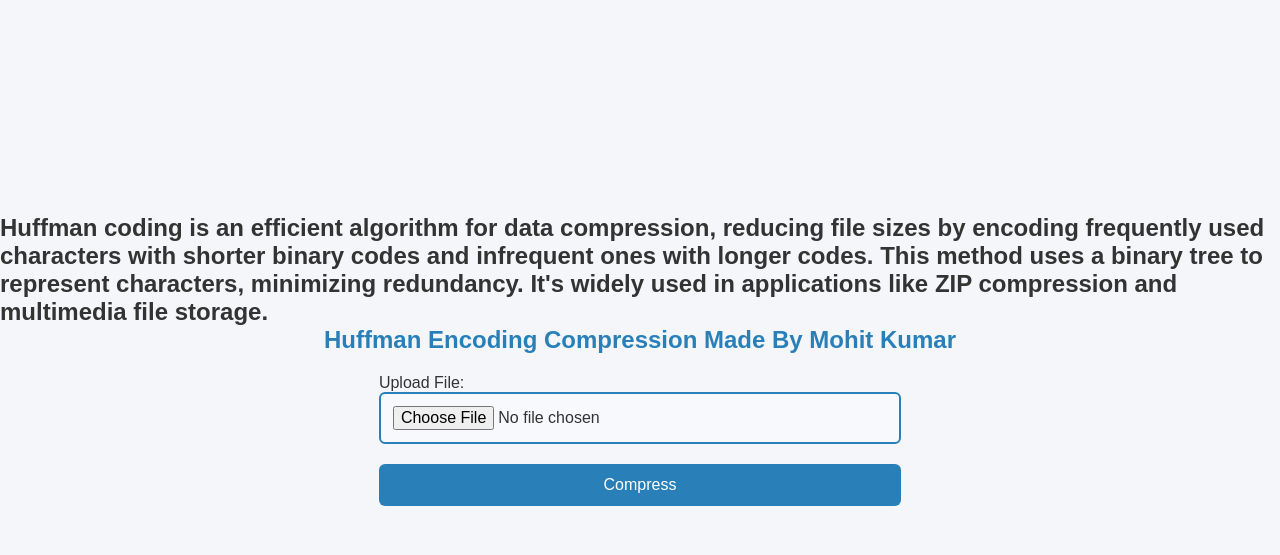
Repository: Mohitkumar1322/huffmane_coding
Page: http://localhost/
An editor plug-in stored every save of this project. The page is shown before and after a run of saves, followed by the edit.
The browser window is 1280 px wide. The pictures show the whole page.
The page is served by the project's application, run on Flask 3 (main.py). Other server files are loaded and not shown.

Above is the page before, as saved 2024-11-07 19:25:59.

### templates/index.html
<!DOCTYPE html>
<html lang="en">
<head>
    <meta charset="UTF-8">
    <meta name="viewport" content="width=device-width, initial-scale=1.0">
    <link rel="stylesheet" href="{{ url_for('static', filename='styles.css') }}">
    <title>Huffman Encoding</title>
</head>
<body>
    <h2>Huffman coding is an efficient algorithm for data compression, reducing file sizes by encoding frequently used
         characters with shorter binary codes and infrequent ones with longer codes. This method uses a binary tree to represent
         characters, minimizing redundancy. It's widely used in applications like ZIP compression and multimedia file storage.</h2>
    <h1>Huffman Encoding Compression Made By Mohit Kumar</h1>
    <form action="/compress" method="POST" enctype="multipart/form-data">
        <label for="file">Upload File:</label>
        <input type="file" name="file" required>
        <button type="submit">Compress</button>
    </form>
</body>
</html>

### main.py
from flask import Flask, render_template, request, send_from_directory

from huffman import HuffmanCode  # Your existing HuffmanCode class

app = Flask(__name__)

@app.route('/')
def home():
    return render_template('index.html')  # Render the home page

@app.route('/compress', methods=['POST'])
def compress_file():
    if request.method == 'POST':
        file = request.files['file']
        if file:
            path = 'uploaded_file.txt'  #  is helps to save the file at location
            file.save(path)

            # here we call the huffman coding class from huffman.py
            huffman = HuffmanCode(path)
            output_file = huffman.compression()  # Process the file and return the compressed file path

            return f'File compressed successfully. Download it <a href="/download/{output_file}">here</a>'

@app.route('/download/<filename>')
def download_file(filename):
    return send_from_directory(directory='.', path=filename)

if __name__ == '__main__':
    app.run(debug=True)

### static/styles.css
/* Basic Reset */
* {
    margin: 0;
    padding: 0;
    box-sizing: border-box;
}

body {
    font-family: 'Arial', sans-serif;
    background-color: #f4f6f9;
    color: #333;
    display: flex;
    justify-content: center;
    align-items: center;
    height: 100vh;
    flex-direction: column;
}

/* Container for the content */
.container {
    background-color: #ffffff;
    box-shadow: 0 4px 8px rgba(0, 0, 0, 0.1);
    border-radius: 8px;
    padding: 30px;
    width: 350px;
    text-align: center;
}

/* Heading Style */
h1 {
    font-size: 24px;
    color: #2980B9;
    margin-bottom: 20px;
    font-weight: bold;
}h1 {
    font-size: 24px;
    color: #2980B9;
    margin-bottom: 20px;
    font-weight: bold;
}

/* Input Fields Style */
input[type="file"] {
    width: 100%;
    padding: 12px;
    border: 2px solid #2980B9;
    border-radius: 6px;
    background-color: #f7f9fc;
    font-size: 16px;
    margin-bottom: 20px;
}

/* Submit Button */
button {
    width: 100%;
    padding: 12px;
    border: none;
    background-color: #2980B9;
    color: white;
    font-size: 16px;
    cursor: pointer;
    border-radius: 6px;
    transition: background-color 0.3s ease;
}

button:hover {
    background-color: #1f6f9f;
}

/* Link Style */
a {
    display: inline-block;
    margin-top: 20px;
    color: #2980B9;
    text-decoration: none;
    font-weight: bold;
}

a:hover {
    text-decoration: underline;
}

/* Alert/Message for status */
.message {
    margin-top: 20px;
    padding: 10px;
    background-color: #f9f9f9;
    color: #2c3e50;
    border: 1px solid #bdc3c7;
    border-radius: 6px;
    font-size: 14px;
}

.message.success {
    background-color: #d4edda;
    color: #155724;
    border-color: #c3e6cb;
}

.message.error {
    background-color: #f8d7da;
    color: #721c24;
    border-color: #f5c6cb;
}

After the next 2 saves:
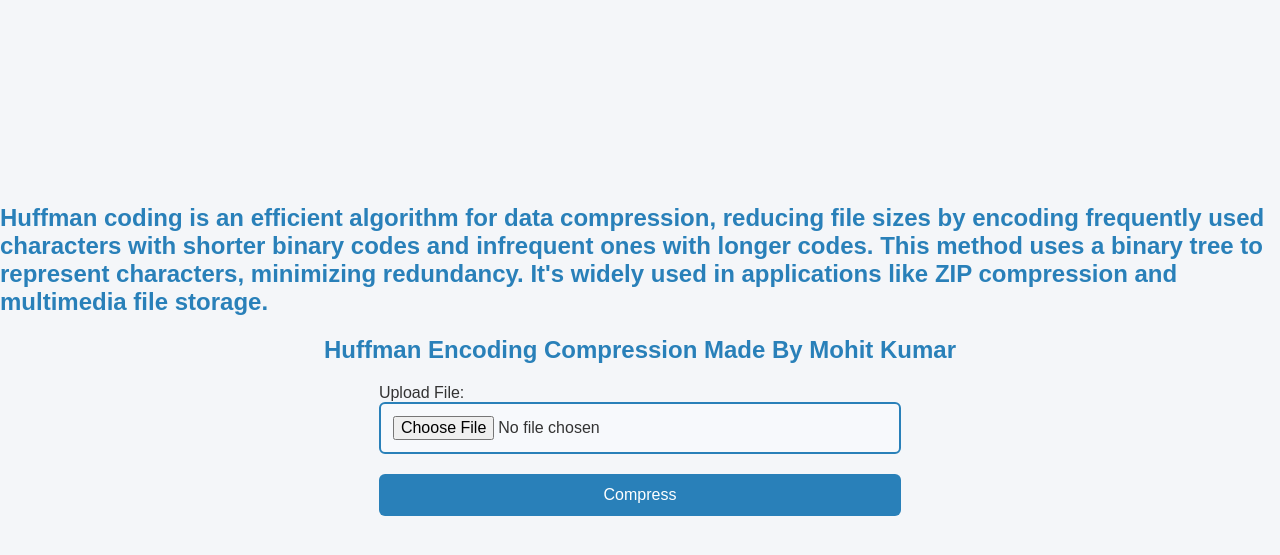
The 2 saves are shown as one change because they came seconds apart.
The last was saved 7 s later.
--- a/static/styles.css
+++ b/static/styles.css
@@ -32,7 +32,8 @@ h1 {
     color: #2980B9;
     margin-bottom: 20px;
     font-weight: bold;
-}h1 {
+}
+h2{
     font-size: 24px;
     color: #2980B9;
     margin-bottom: 20px;
